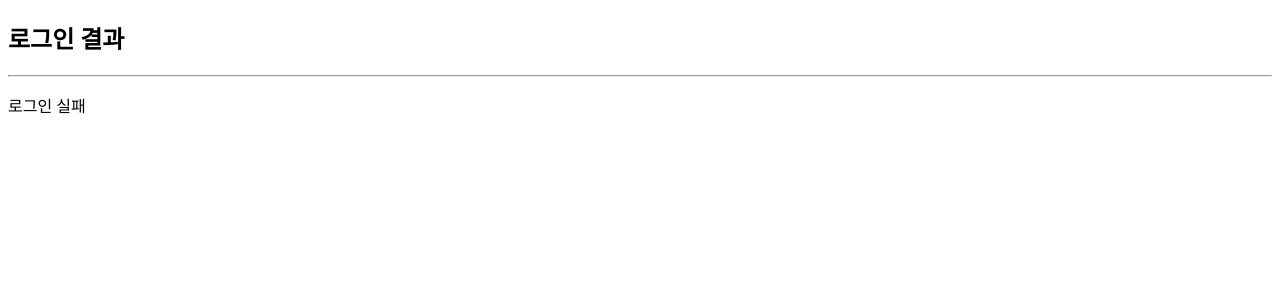
Repository: beescuit9510/toyProjects
Page: http://localhost/05_jspDbProject/views/login.jsp
An editor plug-in stored every save of this project. The page is shown before and after the next save, followed by the edit.
The browser window is 1280 px wide. The pictures show the whole page.
The page is served by Tomcat 9. Other server files are loaded and not shown. Queries for data that is not in the repository find no rows.

Above is the page before, as saved 2021-09-30 08:00:19.

### web-server-workplace/05_jspDbProject/src/main/webapp/views/login.jsp
<%@page import="kr.or.iei.member.model.service.MemberService"%>
<%@page import="kr.or.iei.member.model.vo.Member"%>
<%@ page language="java" contentType="text/html; charset=UTF-8"
    pageEncoding="UTF-8"%>
    <%
    request.setCharacterEncoding("utf-8");

    String memberId = request.getParameter("memberId");
    String memberPw = request.getParameter("memberPw");

    Member member = new MemberService().selectOneMember(memberId, memberPw);


    boolean r = member!=null;

    String wellcome = "";
    String resultToPrint = "로그인 실패";
    String href = "/05_jspDbProject/views/loginFrm.jsp";
    String pagee = "로그인 페이지로 이동";

	if(r) {
    wellcome = "["+member.getMemberId()+"]님 환영합니다.";
	resultToPrint = "로그인 성공";
	href = "/05_jspDbProject/index.jsp";
	pagee = "메인페이지로 이동";
	}

	// 세션에 member라는 키로 로그인한 회원 정보를 저장
	session.setAttribute("member", member);

    %>
<!DOCTYPE html>
<html>
<head>
<meta charset="UTF-8">
<title>Insert title here</title>
</head>
<body>
	<h2>로그인 결과</h2>
	<hr>
	<p><%=resultToPrint %></p>
	<h3><%=wellcome %></h3>

	<% if(r) { %>
		<h2></h2>
		<table border="1">
			<tr>
				<th>회원번호</th><th>아이디</th><th>비밀번호</th><th>이름</th>
				<th>전화번호</th><th>주소</th><th>회원등급</th><th>가입일자</th>
			</tr>
			<%= member.getTd() %>
		</table>

	<% } %>
</body>
</html>

### web-server-workplace/05_jspDbProject/src/main/java/kr/or/iei/member/model/service/MemberService.java
package kr.or.iei.member.model.service;

import java.sql.Connection;
import java.util.ArrayList;

import common.JDBCTemplate;
import kr.or.iei.member.model.dao.MemberDao;
import kr.or.iei.member.model.vo.Member;

public class MemberService {
	MemberDao dao = new MemberDao();


	public int insertMember(Member member) {
		Connection conn = JDBCTemplate.getConnection();
		int result = dao.insertMember(conn, member);

		if (result > 0)
			JDBCTemplate.commit(conn);
		else
			JDBCTemplate.rollback(conn);

		JDBCTemplate.close(conn);

		return result;
	}

	public ArrayList<Member> allMember() {
		Connection conn = JDBCTemplate.getConnection();
		ArrayList<Member> members = dao.allMember(conn);

		JDBCTemplate.close(conn);

		return members;
	}

	public Member selectOneMember(String memberId, String memberPw) {
		Connection conn = JDBCTemplate.getConnection();
		Member member = dao.selectOneMember(conn, memberId, memberPw);

		JDBCTemplate.close(conn);

		return member;
	}

}

### web-server-workplace/05_jspDbProject/src/main/java/kr/or/iei/member/model/dao/MemberDao.java
package kr.or.iei.member.model.dao;

import java.sql.Connection;
import java.sql.PreparedStatement;
import java.sql.ResultSet;
import java.sql.SQLException;
import java.util.ArrayList;

import common.JDBCTemplate;
import kr.or.iei.member.model.vo.Member;

public class MemberDao {

	public int insertMember(Connection conn, Member member) {
		String query = "insert into member values(member_seq.nextval,?,?,?,?,?,2,to_char(sysdate, 'yyyy-mm-dd'))";
		int result = 0;

		try (PreparedStatement pstmt = conn.prepareStatement(query)) {
			pstmt.setString(1, member.getMemberId());
			pstmt.setString(2, member.getMemberPw());
			pstmt.setString(3, member.getMemberName());
			pstmt.setString(4, member.getPhone());
			pstmt.setString(5, member.getAddress());
			result = pstmt.executeUpdate();

		} catch (SQLException e) {
			e.printStackTrace();
		}

		return result;
	}

	public ArrayList<Member> allMember(Connection conn) {
		PreparedStatement pstmt = null;
		ResultSet r = null;
		String query = "select * from member";
		ArrayList<Member> members = new ArrayList<Member>();

		try {
			pstmt = conn.prepareStatement(query);
			r = pstmt.executeQuery();
			while (r.next()) {
				Member m = new Member(r.getString(1), r.getString(2), r.getString(3), r.getString(4), r.getString(5),
						r.getString(6), r.getInt(7), r.getString(8));
				members.add(m);
			}

		} catch (SQLException e) {
			e.printStackTrace();
		} finally {
			JDBCTemplate.close(pstmt);
			JDBCTemplate.close(r);
		}

		return members;
	}

	public Member selectOneMember(Connection conn, String memberId, String memberPw) {
		PreparedStatement pstmt = null;
		ResultSet r = null;
		Member member = null;
		String query = "select * from member where member_id = ? and member_pw = ?";

		try {
			pstmt = conn.prepareStatement(query);
			pstmt.setString(1, memberId);
			pstmt.setString(2, memberPw);
			r = pstmt.executeQuery();

			if (r.next()) {
				member = new Member(r.getString(1), r.getString(2), r.getString(3), r.getString(4), r.getString(5),
						r.getString(6), r.getInt(7), r.getString(8));
			}

		} catch (SQLException e) {
			e.printStackTrace();
		} finally {
			JDBCTemplate.close(pstmt);
			JDBCTemplate.close(r);
		}

		return member;
	}

}

### web-server-workplace/05_jspDbProject/src/main/java/common/JDBCTemplate.java
package common;

import java.sql.Connection;
import java.sql.DriverManager;
import java.sql.ResultSet;
import java.sql.SQLException;
import java.sql.Statement;

public class JDBCTemplate {

	static final String URL = "jdbc:oracle:thin:@localhost:1521:xe";
//	static final String USER = "jdbc";
	static final String USER = "webserver";
	static final String PW = "1234";
	static final String DRIVER = "oracle.jdbc.driver.OracleDriver";

	public static Connection getConnection() {

		Connection conn = null;
		try {
			Class.forName(DRIVER);
			conn = DriverManager.getConnection(URL, USER, PW);
			conn.setAutoCommit(false);
		} catch (SQLException e) {
			e.printStackTrace();
		} catch (ClassNotFoundException e) {
			e.printStackTrace();
		}
		return conn;
	}

	public static void commit(Connection conn) {
		try {
			if (conn != null && !conn.isClosed()) {
				conn.commit();
			}
		} catch (SQLException e) {
			e.printStackTrace();
		}
	}

	public static void rollback(Connection conn) {
		try {
			if (conn != null && !conn.isClosed()) {
				conn.rollback();
			}
		} catch (SQLException e) {
			e.printStackTrace();
		}
	}

	public static void close(Connection conn) {
		try {
			if (conn != null && !conn.isClosed()) {
				conn.close();
			}
		} catch (SQLException e) {
			e.printStackTrace();
		}
	}

	public static void close(Statement state) {
		try {
			if (state != null && !state.isClosed()) {
				state.close();
			}
		} catch (SQLException e) {
			e.printStackTrace();
		}
	}

	public static void close(ResultSet resultSet) {
		try {
			if (resultSet != null && !resultSet.isClosed()) {
				resultSet.close();
			}
		} catch (SQLException e) {
			e.printStackTrace();
		}
	}



}

After the next save:
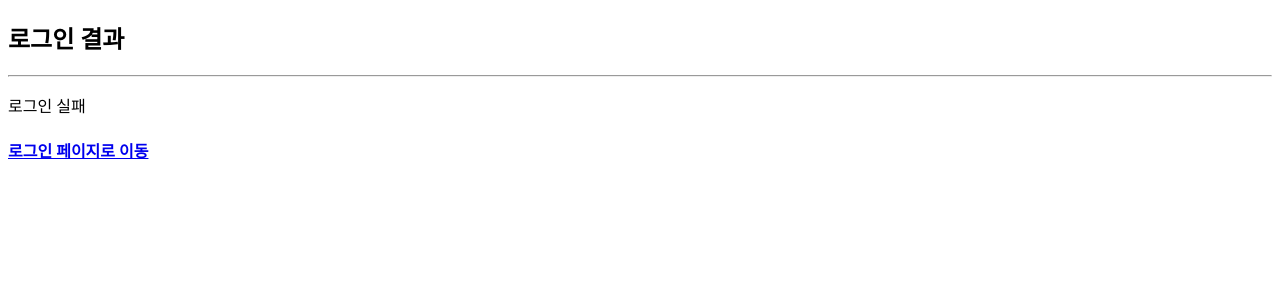
Saved 38 s later.
--- a/web-server-workplace/05_jspDbProject/src/main/webapp/views/login.jsp
+++ b/web-server-workplace/05_jspDbProject/src/main/webapp/views/login.jsp
@@ -52,5 +52,6 @@
 		</table>
 
 	<% } %>
+	<h4><a href=<%=href %>><%=pagee %></a></h3>
 </body>
 </html>
